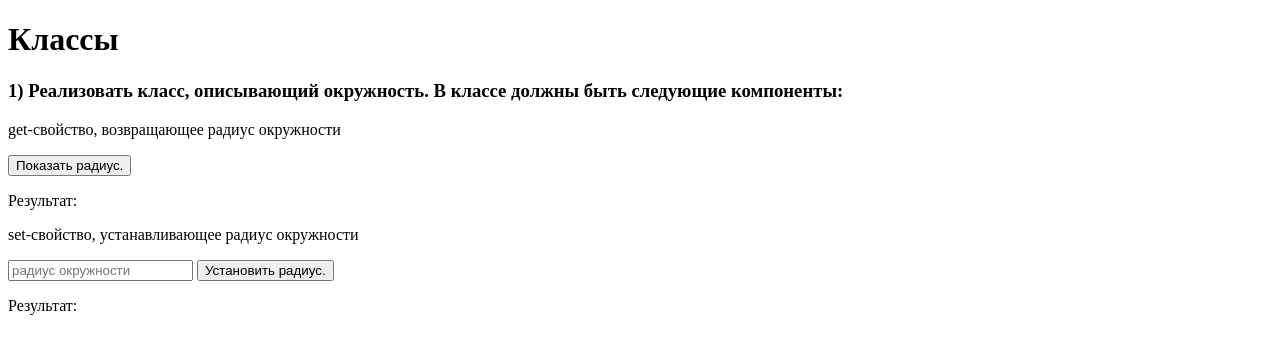
Repository: NastyaGavrilova/Beetroot-js
Page: HW6/index.html
The author's editor kept a copy of each file at every save. The page is drawn from the files as they stood at one save, then again after the next save.
The browser window is 1280 px wide. The pictures show the whole page.

Above is the page before, as saved 2021-10-24 16:55:12.

### HW6/index.html
<!DOCTYPE html>
<html lang="en">
  <head>
    <meta charset="UTF-8" />
    <meta http-equiv="X-UA-Compatible" content="IE=edge" />
    <meta name="viewport" content="width=device-width, initial-scale=1.0" />
    <title>Classes</title>
  </head>
  <body>
    <h1>Классы</h1>
    <section class="c-task1">
      <div class="c-task1__wrapper">
        <div class="c-task1__title">
          <h3 class="e-title">
            1) Реализовать класс, описывающий окружность. В классе должны быть
            следующие компоненты:
          </h3>
        </div>
        <div class="-task1__paragraph">
          <p class="e-paragraph">
            get-свойство, возвращающее радиус окружности
          </p>
        </div>
        <button id="js-task1-btn1">Показать радиус.</button>
        <div class="-task1__paragraph">
          <p class="e-paragraph">
            Результат: <span id="js-task1-span1"></span>
          </p>
        </div>
        <div class="-task1__paragraph">
          <p class="e-paragraph">
            set-свойство, устанавливающее радиус окружности
          </p>
        </div>
        <form action="#" class="c-task1__form" method="get">
          <div class="c-form__wrapper">
            <input
              type="number"
              id="js-task1-input1"
              placeholder="радиус окружности"
            />
            <button id="js-task1-btn2">Установить радиус.</button>
          </div>
        </form>
        <div class="-task1__paragraph">
          <p class="e-paragraph">
            Результат: <span id="js-task1-span2"></span>
          </p>
        </div>
      </div>
    </section>

    <script src="./js/circle.js"></script>
  </body>
</html>

### HW6/js/circle.js
class Circle {
  constructor(radius) {
    this.radius = radius;
  }

  get showRadius() {
    return `Радиус = ${this.radius}`;
  }

  set showRadius(newValue) {
    [this.radius] = newValue;
  }

  get showDiametr() {
    return `Диаметр = ${this.radius * 2}`;
  }

  squareCircle(spanEl) {
    let square = Math.PI * Math.pow(this.radius, 2);
    return (spanEl.innerHtml = `Площадь круга = ${square}`);
  }
  lengthCircle(spanEl) {
    let lenCircle = 2 * Math.PI * this.radius;
    return (spanEl.innerHtml = `Длина окружности = ${lenCircle}`);
  }
}

After the next save:
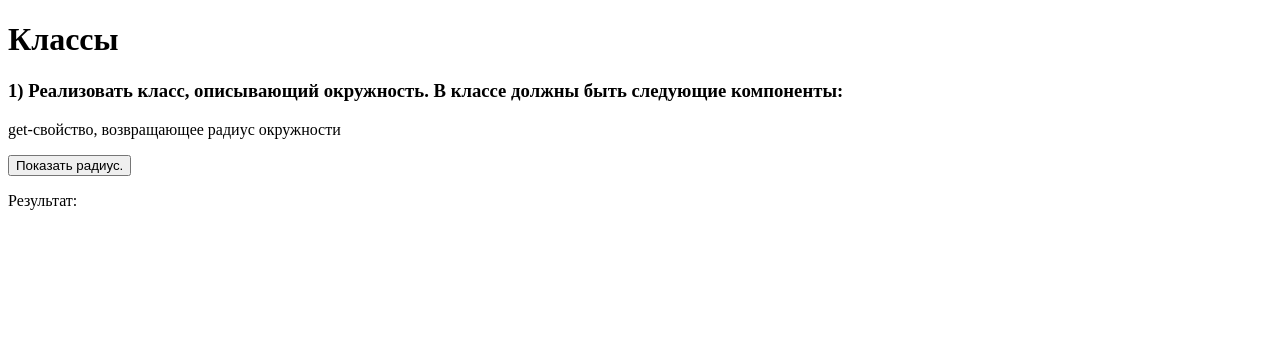
Saved 2 min 17 s later.
--- a/HW6/index.html
+++ b/HW6/index.html
@@ -27,7 +27,7 @@
             Результат: <span id="js-task1-span1"></span>
           </p>
         </div>
-        <div class="-task1__paragraph">
+        <!-- <div class="-task1__paragraph">
           <p class="e-paragraph">
             set-свойство, устанавливающее радиус окружности
           </p>
@@ -45,8 +45,8 @@
         <div class="-task1__paragraph">
           <p class="e-paragraph">
             Результат: <span id="js-task1-span2"></span>
-          </p>
-        </div>
+          </p> -->
+        <!-- </div> -->
       </div>
     </section>
 
